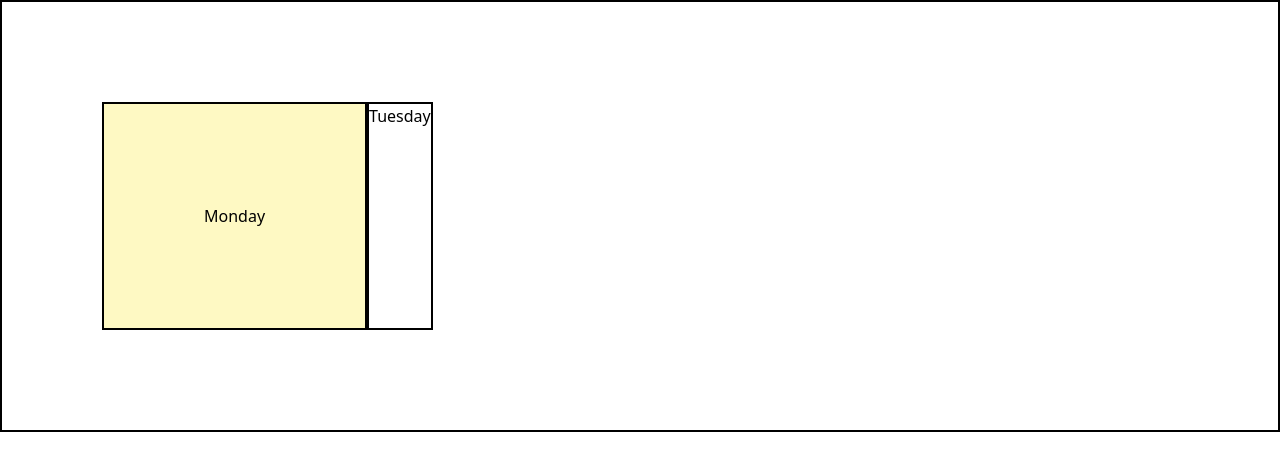
Repository: AfzalHaq61/tailwind-deep
Page: http://localhost/
These files come from the project's save history. The page is drawn as it stood at one moment and after the next save; the edit follows.
The browser window is 1280 px wide. The pictures show the whole page.
The page is served by the project's Laravel application, run on PHP 8.4 with Laravel 9. Other server files are loaded and not shown. Style sheets and scripts are compiled from the project's sources, by tool versions that may differ from the author's.

Above is the page before, as saved 2022-12-24 17:20:25.

### resources/views/welcome.blade.php
<!doctype html>
<html>

<head>
    <meta charset="utf-8">
    <meta name="viewport" content="width=device-width, initial-scale=1.0">
    @vite('resources/css/app.css')
</head>

<body>
    <div class="flex p-[100px] border-2 border-black">
        <div class="bg-yellow-100 p-[100px] border-2 border-black">
            <h1>Monday</h1>
        </div>
        <div class="border-2 border-black">
            <h1>Tuesday</h1>
        </div>
    </div>
</body>

</html>

Loaded but not shown: routes/web.php (common file); resources/css/app.css (common file); tailwind.config.js (common file)

After the next save:
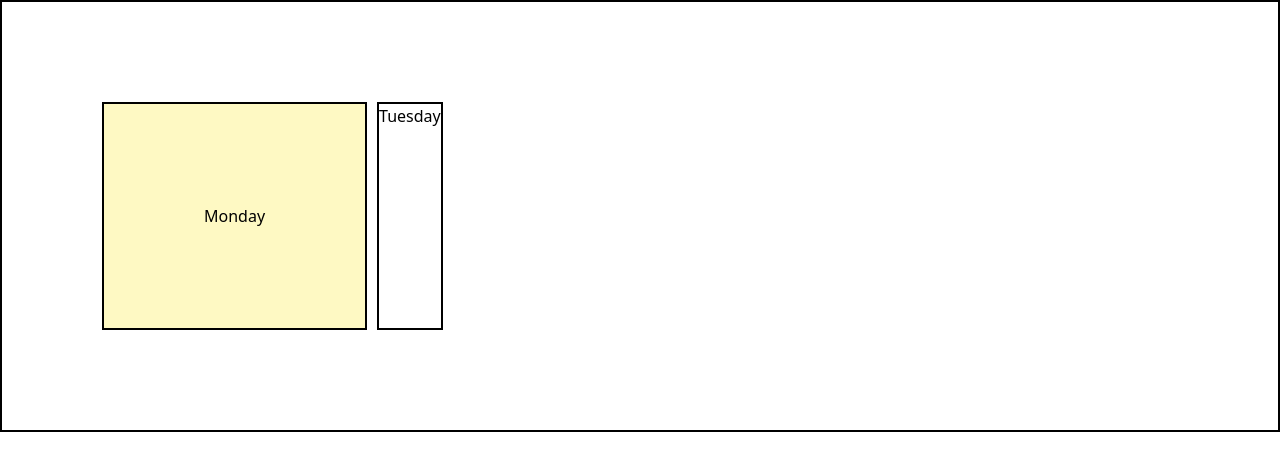
Saved 10 s later.
--- a/resources/views/welcome.blade.php
+++ b/resources/views/welcome.blade.php
@@ -9,7 +9,7 @@
 
 <body>
     <div class="flex p-[100px] border-2 border-black">
-        <div class="bg-yellow-100 p-[100px] border-2 border-black">
+        <div class="bg-yellow-100 p-[100px] border-2 border-black mr-[10px]">
             <h1>Monday</h1>
         </div>
         <div class="border-2 border-black">
